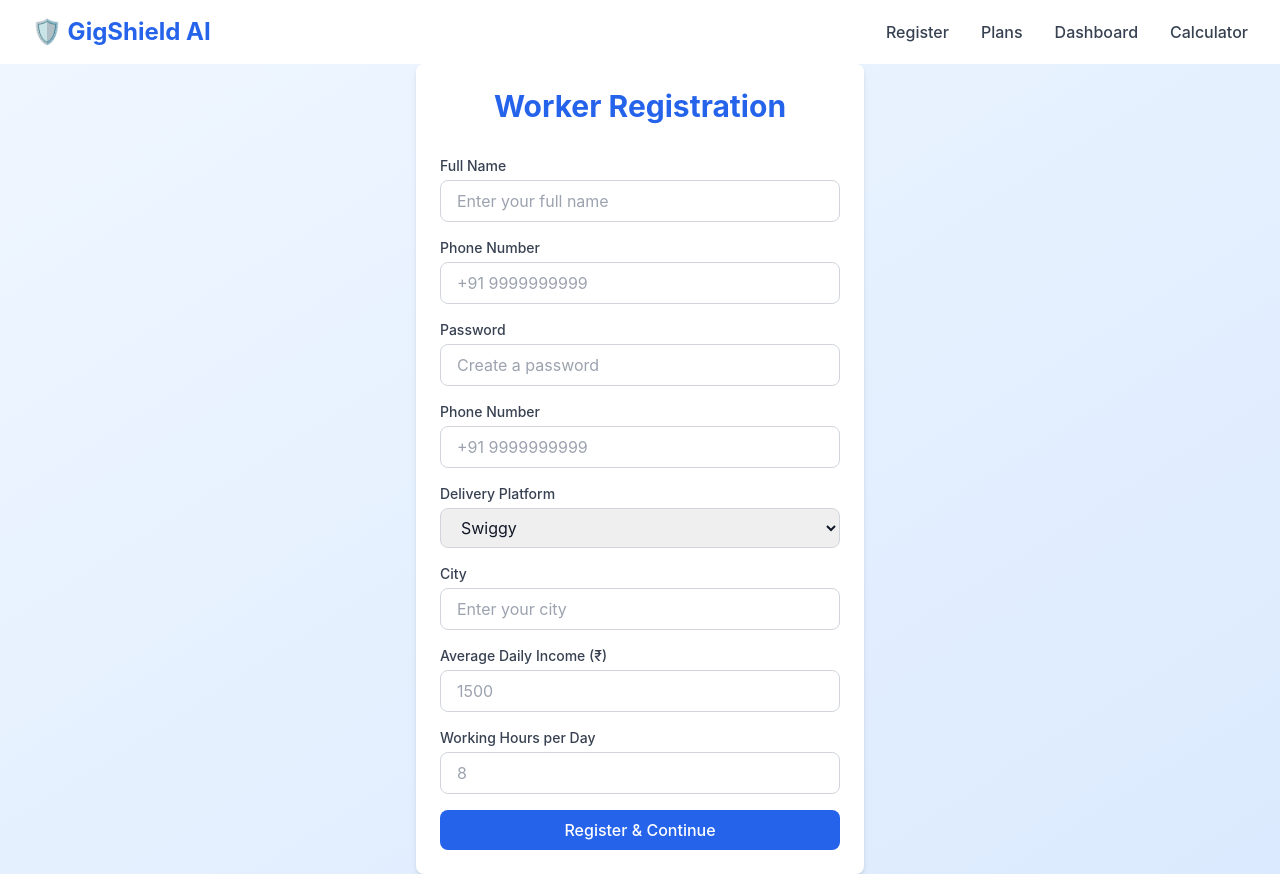
Repository: phanindrareddy2006/gigshield-ai
Page: / (app in frontend/)
An editor plug-in stored every save of this project. The page is shown before and after the next save, followed by the edit.
The browser window is 1280 px wide. The pictures show the whole page.
The project was rebuilt for these pictures with package versions that can differ from the ones it lists, and the page was loaded fresh each time. Also part of the build but not shown: frontend/vite.config.js, frontend/src/components/PlanCard.jsx, frontend/src/pages/Plans.jsx, frontend/src/pages/Dashboard.jsx, frontend/src/pages/PayoutCalculator.jsx.

Above is the page before, as saved 2026-03-19 15:35:46.

After the next save:
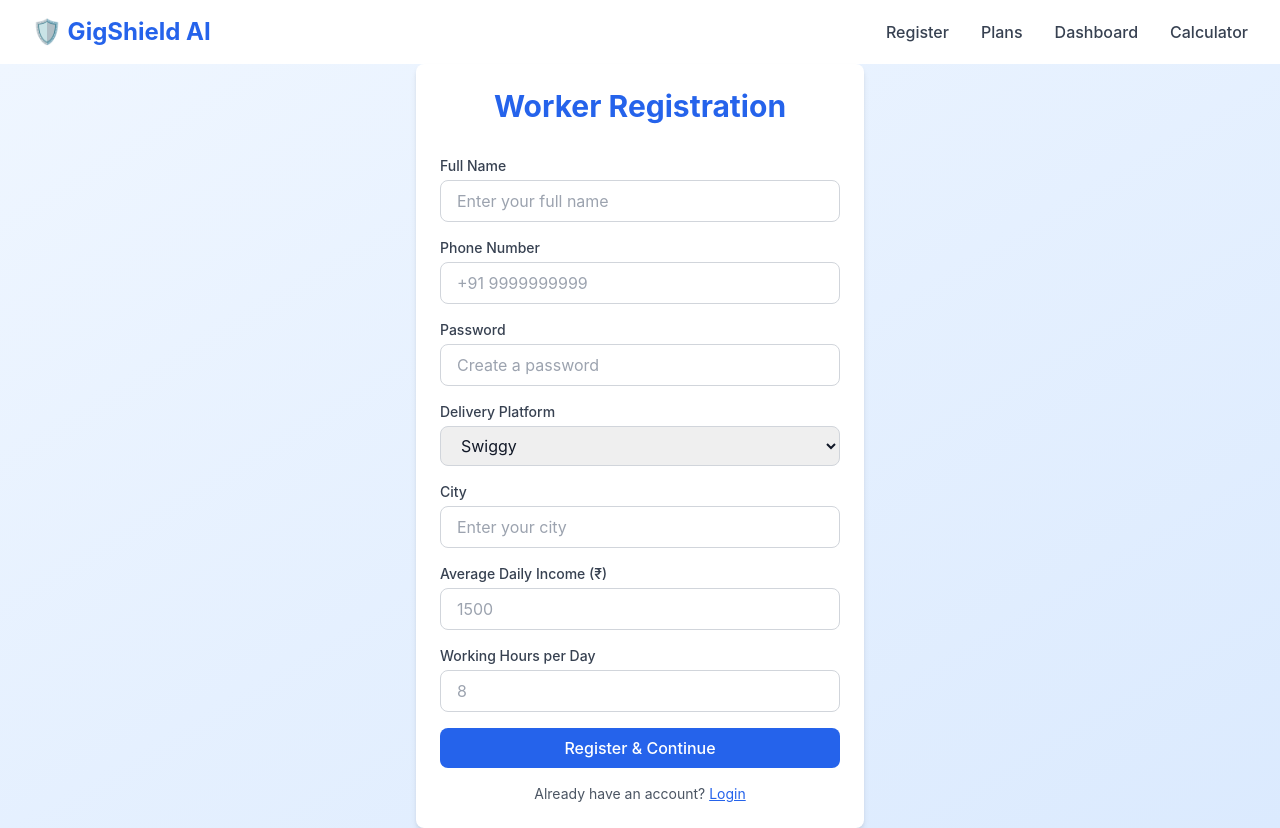
Saved 32 s later.
--- a/frontend/src/pages/Register.jsx
+++ b/frontend/src/pages/Register.jsx
@@ -71,7 +71,7 @@ export default function Register() {
                 name="name"
                 value={formData.name}
                 onChange={handleChange}
-                required={!isLogin}
+                required
                 className="input-field"
                 placeholder="Enter your full name"
               />
@@ -100,86 +100,88 @@ export default function Register() {
               onChange={handleChange}
               required
               className="input-field"
-              placeholder="Create a password"
+              placeholder={isLogin ? 'Enter your password' : 'Create a password'}
             />
           </div>
 
-          <div>
-            <label className="block text-sm font-medium text-gray-700 mb-1">Phone Number</label>
-            <input
-              type="tel"
-              name="phone"
-              value={formData.phone}
-              onChange={handleChange}
-              required
-              className="input-field"
-              placeholder="+91 9999999999"
-            />
-          </div>
+          {!isLogin && (
+            <>
+              <div>
+                <label className="block text-sm font-medium text-gray-700 mb-1">Delivery Platform</label>
+                <select
+                  name="platform"
+                  value={formData.platform}
+                  onChange={handleChange}
+                  className="input-field"
+                >
+                  <option>Swiggy</option>
+                  <option>Zomato</option>
+                  <option>Uber Eats</option>
+                  <option>Other</option>
+                </select>
+              </div>
 
-          <div>
-            <label className="block text-sm font-medium text-gray-700 mb-1">Delivery Platform</label>
-            <select
-              name="platform"
-              value={formData.platform}
-              onChange={handleChange}
-              className="input-field"
-            >
-              <option>Swiggy</option>
-              <option>Zomato</option>
-              <option>Uber Eats</option>
-              <option>Other</option>
-            </select>
-          </div>
+              <div>
+                <label className="block text-sm font-medium text-gray-700 mb-1">City</label>
+                <input
+                  type="text"
+                  name="city"
+                  value={formData.city}
+                  onChange={handleChange}
+                  required
+                  className="input-field"
+                  placeholder="Enter your city"
+                />
+              </div>
 
-          <div>
-            <label className="block text-sm font-medium text-gray-700 mb-1">City</label>
-            <input
-              type="text"
-              name="city"
-              value={formData.city}
-              onChange={handleChange}
-              required
-              className="input-field"
-              placeholder="Enter your city"
-            />
-          </div>
+              <div>
+                <label className="block text-sm font-medium text-gray-700 mb-1">Average Daily Income (₹)</label>
+                <input
+                  type="number"
+                  name="averageDailyIncome"
+                  value={formData.averageDailyIncome}
+                  onChange={handleChange}
+                  required
+                  step="0.01"
+                  className="input-field"
+                  placeholder="1500"
+                />
+              </div>
 
-          <div>
-            <label className="block text-sm font-medium text-gray-700 mb-1">Average Daily Income (₹)</label>
-            <input
-              type="number"
-              name="averageDailyIncome"
-              value={formData.averageDailyIncome}
-              onChange={handleChange}
-              required
-              step="0.01"
-              className="input-field"
-              placeholder="1500"
-            />
-          </div>
-
-          <div>
-            <label className="block text-sm font-medium text-gray-700 mb-1">Working Hours per Day</label>
-            <input
-              type="number"
-              name="workingHours"
-              value={formData.workingHours}
-              onChange={handleChange}
-              required
-              step="0.5"
-              className="input-field"
-              placeholder="8"
-            />
-          </div>
+              <div>
+                <label className="block text-sm font-medium text-gray-700 mb-1">Working Hours per Day</label>
+                <input
+                  type="number"
+                  name="workingHours"
+                  value={formData.workingHours}
+                  onChange={handleChange}
+                  required
+                  step="0.5"
+                  className="input-field"
+                  placeholder="8"
+                />
+              </div>
+            </>
+          )}
 
           <button
             type="submit"
             disabled={loading}
             className="w-full btn-primary disabled:opacity-50"
           >
-            {loading ? 'Registering...' : 'Register & Continue'}
+            {loading ? 'Please wait...' : isLogin ? 'Login' : 'Register & Continue'}
           </button>
+
+          <p className="text-center text-sm text-gray-600">
+            {isLogin ? 'New user?' : 'Already have an account?'}{' '}
+            <button
+              type="button"
+              className="text-blue-600 hover:text-blue-800 underline"
+              onClick={() => setIsLogin(!isLogin)}
+            >
+              {isLogin ? 'Register' : 'Login'}
+            </button>
+          </p>
         </form>
       </div>
     </div>
